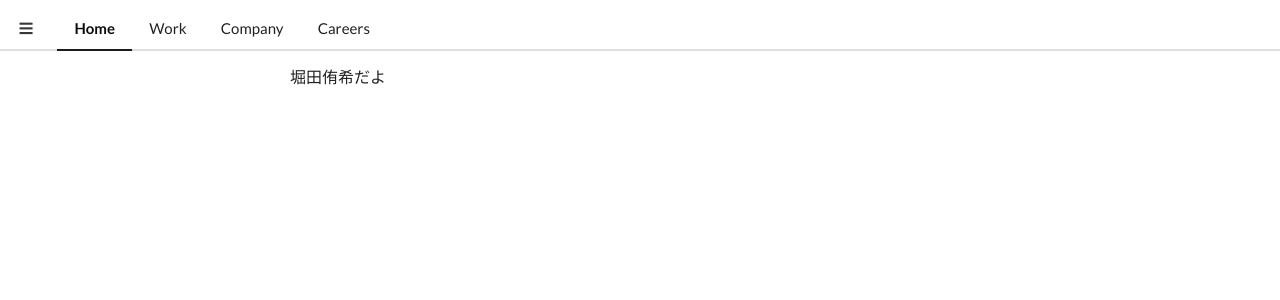
Repository: houki-sam/eclipse
Page: http://localhost/chocobanana/
The author's editor kept a copy of each file at every save. The page is drawn from the files as they stood at one save, then again after the next save.
The browser window is 1280 px wide. The pictures show the whole page.
Some web libraries are served in a nearby version. The page is served by Tomcat 9. Nobody is signed in. The application's start-up code is not run. Other server files are loaded and not shown.

Above is the page before, as saved 2020-07-10 13:03:41.

### chocobanana/WebContent/index.jsp
<%@ page language="java" contentType="text/html; charset=UTF-8"
    pageEncoding="UTF-8"%>
<!DOCTYPE html>
<html>
<head>
<link rel="stylesheet" type="text/css" href="semantic/semantic.min.css">
<script
  src="https://code.jquery.com/jquery-3.1.1.min.js" integrity="sha256-hVVnYaiADRTO2PzUGmuLJr8BLUSjGIZsDYGmIJLv2b8=" crossorigin="anonymous"></script>
<script src="semantic/semantic.min.js"></script>
<meta charset="UTF-8">
<title>Insert title here</title>
</head>
<body>
<div class="ui stackable large secondary pointing menu">
	<a class="toc item">
		<i class="sidebar icon"></i>
	</a>
	<a class="active item">Home</a>
	<a class="item">Work</a>
	<a class="item">Company</a>
	<a class="item">Careers</a>
	<div class="right item">
		<a class="ui inverted button">Log in</a>
		<a class="ui inverted button">Sign Up</a>
	</div>
</div>
<div class="ui text container">
堀田侑希だよ
</div>

</body>
</html>

Loaded but not shown: chocobanana/WebContent/semantic/semantic.min.css (library); chocobanana/WebContent/semantic/semantic.min.js (library)

After the next save:
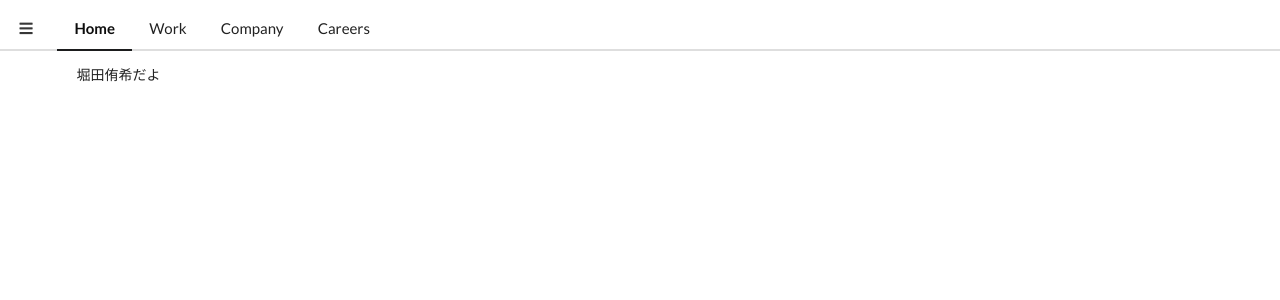
Saved 42 s later.
--- a/chocobanana/WebContent/index.jsp
+++ b/chocobanana/WebContent/index.jsp
@@ -24,7 +24,7 @@
 		<a class="ui inverted button">Sign Up</a>
 	</div>
 </div>
-<div class="ui text container">
+<div class="ui container">
 堀田侑希だよ
 </div>
 
